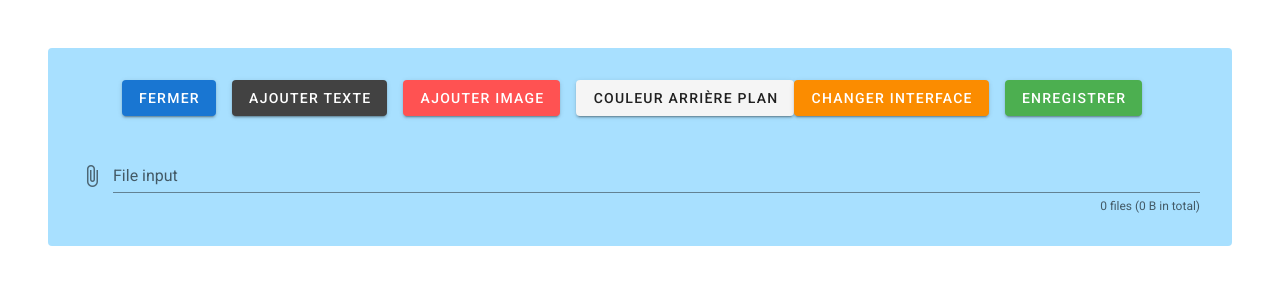
Repository: Hamagistral/BannerApp-Vue
Page: /#/dynamicPage
The author's editor kept a copy of each file at every save. The page is drawn from the files as they stood at one save, then again after a run of saves.
The browser window is 1280 px wide. The pictures show the whole page.
The project was rebuilt for these pictures with package versions that can differ from the ones it lists, and the page was loaded fresh each time. Also part of the build but not shown: vue.config.js, src/components/WidgetText.vue, src/components/WidgetImage.vue, src/components/Home.vue.

Above is the page before, as saved 2023-02-07 01:49:48.

### public/index.html
<!DOCTYPE html>
<html lang="en">
  <head>
    <meta charset="utf-8">
    <meta http-equiv="X-UA-Compatible" content="IE=edge">
    <meta name="viewport" content="width=device-width,initial-scale=1.0">
    <link rel="icon" href="<%= BASE_URL %>favicon.ico">
    <title>Banner App</title>
    <link rel="stylesheet" href="https://fonts.googleapis.com/css?family=Roboto:100,300,400,500,700,900">
    <link rel="stylesheet" href="https://cdn.jsdelivr.net/npm/@mdi/font@latest/css/materialdesignicons.min.css">
  </head>
  <body>
    <noscript>
      <strong>We're sorry but Banner App doesn't work properly without JavaScript enabled. Please enable it to continue.</strong>
    </noscript>
    <div id="app"></div>
    <!-- built files will be auto injected -->
  </body>
</html>

### src/App.vue
<template>
  <v-app>
    <v-main>
      <v-container class="pa-12" fluid>
        <router-view align="center" justify="center" ></router-view>
      </v-container>
    </v-main>
  </v-app>
</template>

<script>

export default {
  name: "App",
  components: {},
};
</script>

### src/router/index.js
import Vue from 'vue'
import VueRouter from 'vue-router'
import DynamicPage from '../components/DynamicPage'
import Home from "../components/Home";

Vue.use(VueRouter)

const routes = [
  {
    path: '/',
    name: 'home',
    component: Home
  },
  {
    path: '/dynamicPage',
    name: 'dynamicPage',
    component: DynamicPage
  },

]
const router = new VueRouter({
  routes
})

export default router

### src/components/DynamicPage.vue
<template>
  <div>
    <template>
      <v-form class="primary pa-8 lighten-4 rounded" ref="form" v-model="valid" lazy-validation>
        <v-btn color="primary" class="mr-4">
          Fermer
        </v-btn>

        <v-btn color="secondary" class="mr-4" @click="addMore()">
          Ajouter Texte
        </v-btn>

        <v-btn color="error" class="mr-4" @click="addImage()">
          Ajouter Image
        </v-btn>

        <v-btn>
              Couleur Arrière Plan
              <template v-slot:append>
                <v-menu v-model="menu" top nudge-bottom="105" nudge-left="16" :close-on-content-click="false">
                  <template v-slot:activator="{ on }">
                    <div :style="swatchStyle" v-on="on" />
                  </template>
                  <v-card>
                    <v-card-text class="pa-0">
                      <v-color-picker v-model="color" flat />
                    </v-card-text>
                  </v-card>
                </v-menu>
              </template>
        </v-btn>

        <v-btn color="warning" class="mr-4">
          Changer Interface
        </v-btn>

        <v-btn color="success" class="mr-4">
          Enregistrer
        </v-btn>


        <template>
          <v-file-input
            show-size
            counter
            multiple
            label="File input"
            v-model="chosenFile"
            class="mt-8"
          ></v-file-input>
        </template>
      </v-form>
    </template>

    <div v-for="(course, index) in courses" :key="`text-${index}`">
      <WidgetText></WidgetText>
    </div>
    <div v-for="(file, index) in previewImages" :key="`image-${index}`">
      <WidgetImage :previews="file" vif="file"></WidgetImage>
    </div>
  </div>
</template>

<script>
import WidgetText from "./WidgetText";
import WidgetImage from "./WidgetImage";

export default {
  name: "dynamicPage",
  components: {
    WidgetText,
    WidgetImage,
  },
  props: {
    msg: String,
  },
  data() {
    return {
      chosenFile: null,
      valid: false,

      preview: [
        {
          name: "AAA.jpg",
          chosenFile: "yasser",
        },
      ],

      previewImages: [],
      courses: 0,
      color: '#1976D2FF',
      mask: '!#XXXXXXXX',
      menu: false,
    };
  },
  watch: {
    chosenFile: {
      handler(nw, od) {
        console.log(nw);
      },
      deep: true,
    },
  },
  methods: {
    clean() {
      this.chosenFile = null;
    },
    addMore() {
      this.courses += 1;
    },
    addImage() {
      if(this.chosenFile) {
      this.previewImages.push(...this.chosenFile);
      this.clean();
      } else {
        alert('Erreur, Veuillez choisir !')
      }
    },
  },
  computed: {
    swatchStyle() {
      const { color, menu } = this
      return {
        backgroundColor: color,
        cursor: 'pointer',
        height: '30px',
        width: '30px',
        borderRadius: menu ? '50%' : '4px',
        transition: 'border-radius 200ms ease-in-out'
      }
    },
  },
};
</script>

Loaded but not shown: src/main.js (common file); src/store/index.js (common file); src/plugins/vuetify.js (common file)

After the next 2 saves:
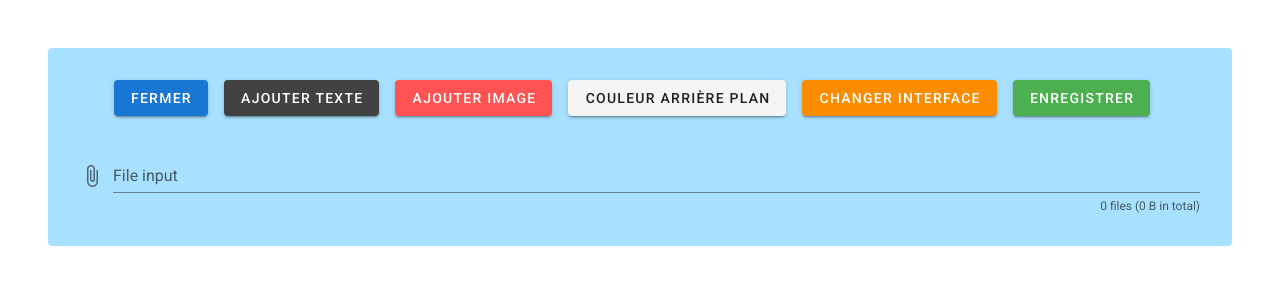
The 2 saves are shown as one change because they came seconds apart.
The last was saved 8 s later.
--- a/src/components/DynamicPage.vue
+++ b/src/components/DynamicPage.vue
@@ -14,7 +14,7 @@
           Ajouter Image
         </v-btn>
 
-        <v-btn>
+        <v-btn class="mr-4">
               Couleur Arrière Plan
               <template v-slot:append>
                 <v-menu v-model="menu" top nudge-bottom="105" nudge-left="16" :close-on-content-click="false">
